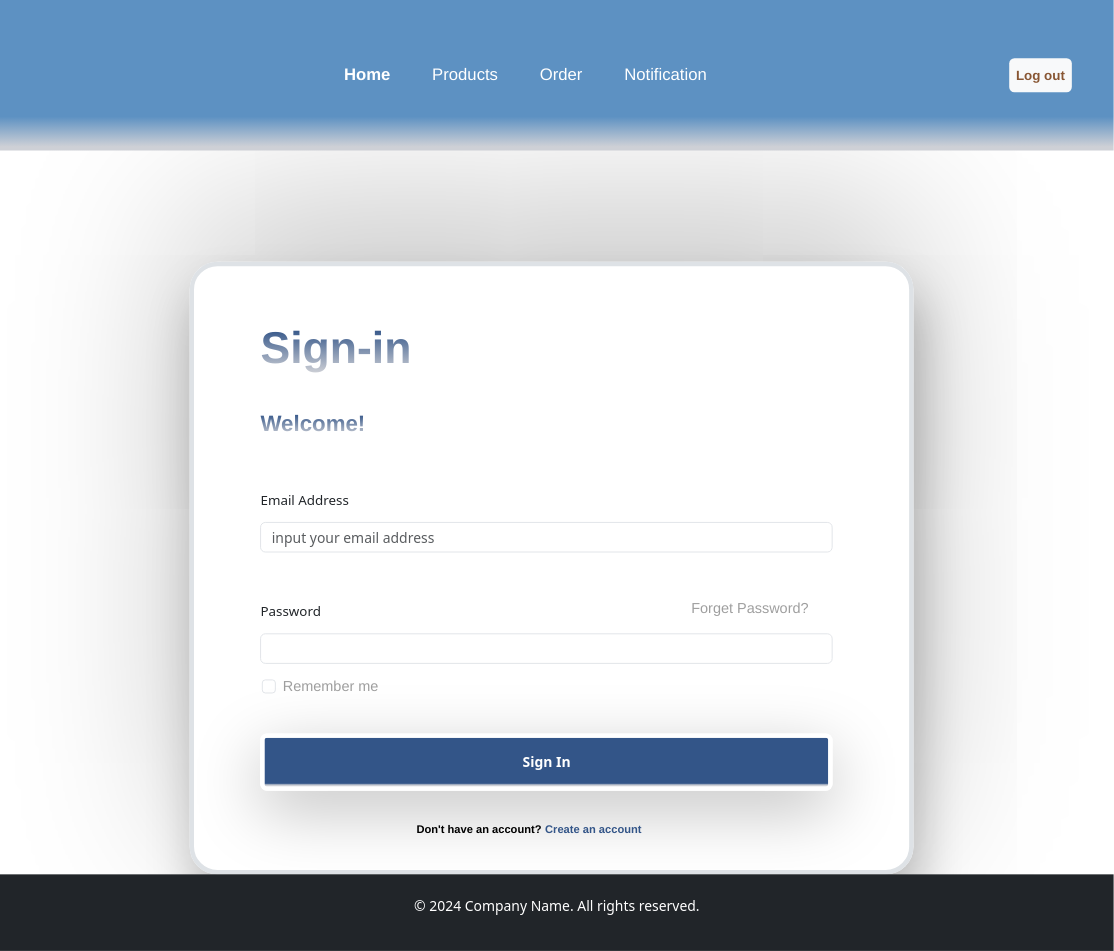
Repository: OVictor21/inventory
Page: /
An editor plug-in stored every save of this project. The page is shown before and after the next save, followed by the edit.
The browser window is 1280 px wide. The pictures show the whole page, at 87% of full size.
The project was rebuilt for these pictures with package versions that can differ from the ones it lists, and the page was loaded fresh each time.

Above is the page before, as saved 2024-12-14 09:57:25.

### src/index.css

nav {
  background-color: transparent;
  background: linear-gradient(180deg, rgb(93, 145, 194) 77.5%, rgb(206, 208, 214) 97.5%);

}

.navbar-brand img {
  max-width: 10vw;
  min-width: 5vw;
}

.nav-link.nav-text-current {
  font-family: "Montserrat", Helvetica;
  font-weight: 700;
  color: #ffffff;
  font-size: 1.5vw;
}

.nav-link.nav-text {
  font-family: "Montserrat", Helvetica;
  font-weight: 400;
  color: #ffffff;
  font-size: 1.5vw;
}

.nav-link.nav-text-2 {
  font-family: "Montserrat", Helvetica;
  font-weight: 600;
  color: rgb(136, 86, 51);
  font-size: 1.2vw;
}

.background {
  background-color: #000021;
}

/* .background-image {
  background-image: url('/public/back.png');
  background-size: cover;
  background-repeat: no-repeat;
  background-position: center;
  min-height: 100vh;
  color: white;
} */

.sign-in{
  width: 65vw;
  height: 55vw;
  box-shadow: 7px 37px 55px #00000040, 0px -54px 200px #00000040;
  left: 17vw;
  top: 10vw;
  overflow: hidden;
}


.text{
  top: 5vw;
  left: 6vw;
  background: linear-gradient(180deg, rgb(51, 85, 136) 13.5%, rgb(206, 208, 214) 100%);
  -webkit-background-clip: text !important;
  background-clip: text;
  -webkit-text-fill-color: transparent;
  text-fill-color: transparent;
  font-family: "Montserrat-Bold", Helvetica;
  font-weight: 700;
  color: transparent;
  font-size: 4vw;
  letter-spacing: 0;
  line-height: normal;
}



.text-wrapper-8 {
  background: linear-gradient(180deg, rgb(51, 85, 136) 13.5%, rgb(206, 208, 214) 100%);
  -webkit-background-clip: text !important;
  background-clip: text;
  -webkit-text-fill-color: transparent;
  text-fill-color: transparent;
  font-family: "Montserrat-Bold", Helvetica;
  font-weight: 600;
  color: transparent;
  font-size: 2vw;
  letter-spacing: 0;
  line-height: normal;
  top: 13vw;
  left: 6vw;
}

.email-text{
  font-size: 1.2vw;
}

.email{
  top: 20vw;
  left: 6vw;
}

.email-in{
  top: 23vw;
  left: 6vw;
  width: 80%;
  max-width: 80%;
  height: 5%;
}

.pass{
  top: 30vw;
  left: 6vw;
}

.pass-in{
  top: 33vw;
  left: 6vw;
  width: 80%;
  max-width: 80%;
  height: 5%;

}

.text-wrapper-7{
  font-family: "Montserrat-Regular", Helvetica;
  font-weight: 400;
  color: #00000061;
  font-size: 1.3vw;
  letter-spacing: 0;
  line-height: normal;
  top: 30vw;
  text-decoration: none;
  right: 9vw;
}

.form-check-label{
  font-family: "Montserrat-Regular", Helvetica;
  font-weight: 400;
  color: #00000061;
  font-size: 1.3vw;
  letter-spacing: 0;
  line-height: normal;
  top: 37vw;
  left: 8vw;
}

.form-check-input{
  top: 36.8vw;
  left: 8vw;

}

.sign-btn{
  background: linear-gradient(180deg, rgb(51, 85, 136) 93.5%, rgb(206, 208, 214) 97%);
  font-family: "Montserrat-Bold", Helvetica;
  font-weight: 700;
  font-size: 4vw;
  letter-spacing: 0;
  line-height: normal;
  width: 80%;
  top: 42vw;
  left: 6vw;
  box-shadow: 0px 22px 75px #00000040;
}

.acct{
  font-family: "Montserrat-Regular", Helvetica;
  font-weight: 700;
  color: #000000;
  font-size: 1vw;
  letter-spacing: 0;
  line-height: normal;
  top: 50vw;
  left: 20vw;
}

.acct-1{
  font-family: "Montserrat-Bold", Helvetica;
  font-weight: 700;
  color: rgb(51, 85, 136);
  font-size: 1vw;
  text-decoration: none;
  letter-spacing: 0;
  line-height: normal;
  top: 50vw;
  right: 24vw;
}



.pass-text{
font-size: 1.2vw;
}

.footer-body{
  background-color: rgb(51, 85, 136);

  top: 10vw;


}

.copyright-text {
  top: 50vw;
  right: 24vw;
  font-family: "Montserrat", Helvetica;
  font-weight: 400;
  color: rgb(136, 86, 51);
  font-size: 2vw;
}

### src/App.js
import Navbar from './navbar';
import 'bootstrap/dist/css/bootstrap.min.css';
import Body from './body';


function App() {
  return (
    <div className="App">
      <Navbar />
      <Body />
    </div>
  );
}

export default App;

### src/navbar.js

const Navbar = () => {
    return (
        <nav className="navbar navbar-expand-md justify-content-center p-5 z-1">
        <button className="navbar-toggler ms-auto" type="button" data-bs-toggle="collapse" data-bs-target="#collapseNavbar">
            <span className="navbar-toggler-icon"></span>
        </button>

        <div className="navbar-collapse collapse" id="collapseNavbar">
            <ul className="navbar-nav justify-content-center w-100 ">
            <li className="nav-item m-3">
                <a className="nav-link nav-text-current" href="/home">Home</a>
            </li>
            <li className="nav-item m-3">
                <a className="nav-link nav-text" href="/products">Products</a>
            </li>
            <li className="nav-item m-3">
                <a className="nav-link nav-text" href="/order">Order</a>
            </li>
            <li className="nav-item m-3">
                <a className="nav-link nav-text" href="/notifications">Notification</a>
            </li>
            </ul>

            <ul className="navbar-nav ms-auto justify-content-end">
            <li className="nav-item bg-light rounded">
                <button className="nav-link nav-text-2 text-nowrap btn btn-link">Log out</button>

            </li>
            </ul>
        </div>
        </nav>



      );
}

export default Navbar;

### src/body.js
import React from 'react';

const Body = () => {
  return (
    <div className="login">

         <form >
        <div class="sign-in position-relative border border-5 rounded-5">
        <div class="mb-3">
            <p class="text position-absolute">Sign-in</p>
            <div class="text-wrapper-8 position-absolute">Welcome!</div>

          <label for="exampleInputEmail1" class="form-label email position-absolute"><span class="email-text"> Email Address</span></label>
          <input type="email" class="form-control email-in position-absolute" id="exampleInputEmail1" aria-describedby="emailHelp" placeholder="input your email address"/>
        </div>
        <div class="mb-3">
          <label for="exampleInputPassword1" class="form-label pass position-absolute"><span class="pass-text">Password</span> </label>
          <input type="password" class="form-control pass-in position-absolute" id="exampleInputPassword1"/>
          <a href="/forgotpassword" class="text-wrapper-7 position-absolute">Forget Password?</a>
        </div>

        <div class="mb-3 form-check">
            <input type="checkbox" class="form-check-input position-absolute" id="exampleCheck1"/>
            <label class="form-check-label position-absolute" for="exampleCheck1">Remember me</label>
          </div>
        <button type="submit" class="btn sign-btn position-absolute border-white border-5 rounded-3 p-3 text-white fw-bold">Sign In</button>
        <p  class="acct position-absolute">Don't have an account?</p> <a href="/createacct" class="acct-1 position-absolute">Create an account</a>


        </div>


    </form>

    <footer className="footer-body bg-dark text-white py-4 position-relative">
      <div className="container">
          <div className="text-center">
            <p>&copy; 2024 Company Name. All rights reserved.</p>
        </div>
      </div>
    </footer>

    </div>
  );
};

export default Body;

Loaded but not shown: public/index.html (common file); src/index.js (common file); src/reportWebVitals.js (common file)

After the next save:
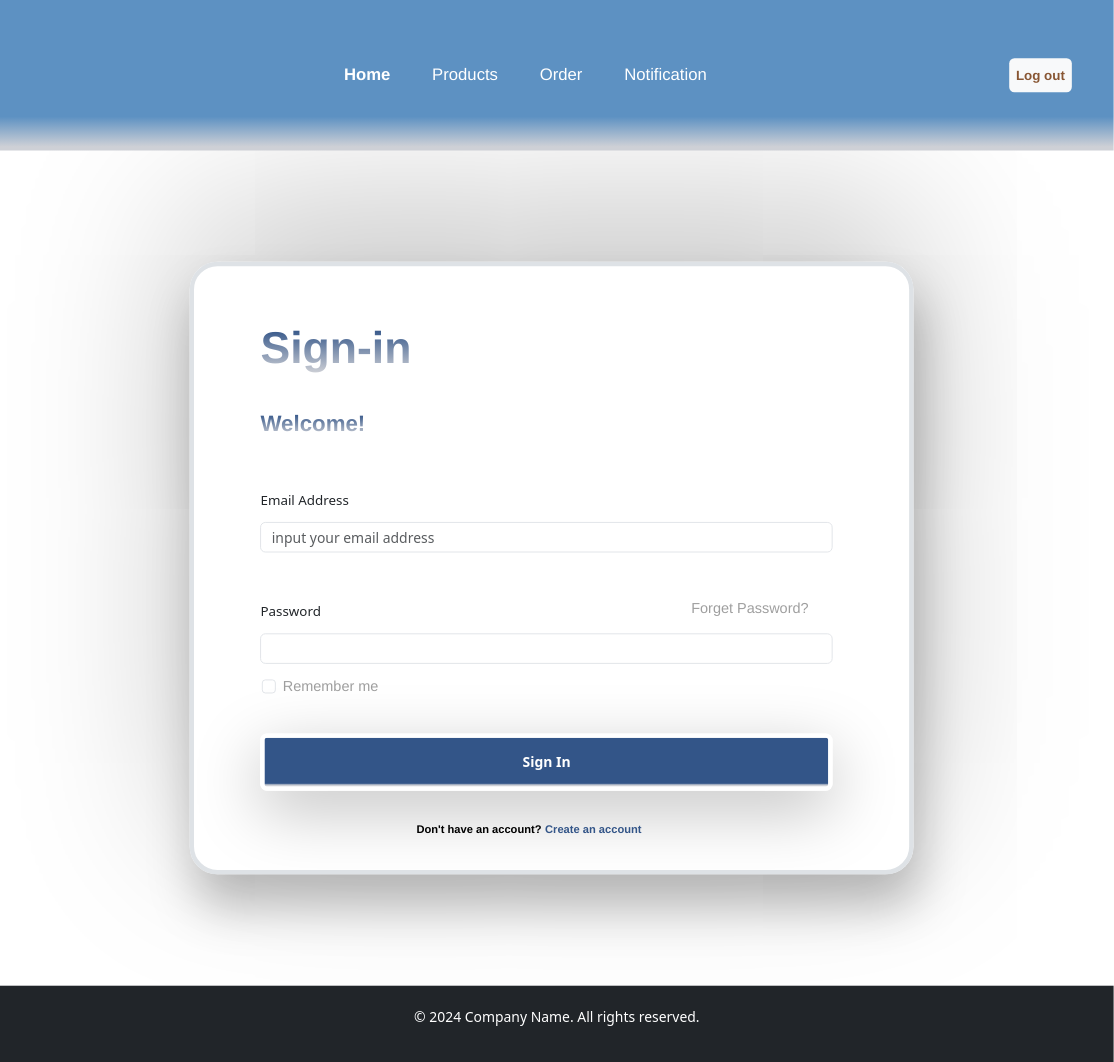
Saved 6 s later.
--- a/src/index.css
+++ b/src/index.css
@@ -193,7 +193,7 @@ font-size: 1.2vw;
 .footer-body{
   background-color: rgb(51, 85, 136);
 
-  top: 10vw;
+  top: 20vw;
 
 
 }
